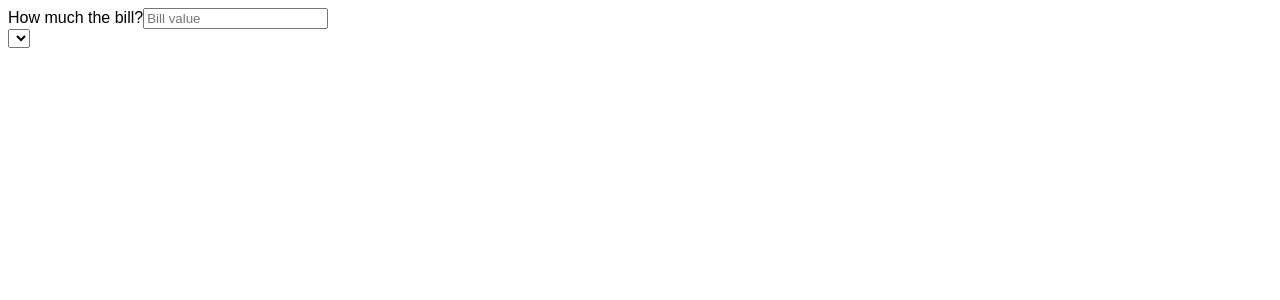
Repository: masamichan/Tip-Calculator
Page: /
The author's editor kept a copy of each file at every save. The page is drawn from the files as they stood at one save, then again after the next save.
The browser window is 1280 px wide. The pictures show the whole page.
The project was rebuilt for these pictures with package versions that can differ from the ones it lists, and the page was loaded fresh each time.

Above is the page before, as saved 2024-01-23 21:45:23.

### src/App.js
import "./App.css";

export default function App() {
  return (
    <div>
      <TipCalculator />
    </div>
  );
}

function TipCalculator() {
  return (
    <div>
      <BillInput />
      <SelectPercentage />
      <Output />
      <Reset />
    </div>
  );
}

function BillInput() {
  return (
    <div>
      <label>How much the bill?</label>
      <input type="text" placeholder="Bill value" />
    </div>
  );
}

function SelectPercentage() {
  return (
    <div>
      <select>
        <option></option>
      </select>
    </div>
  );
}

function Output() {}

function Reset() {}

Loaded but not shown: public/index.html (common file); src/index.js (common file); src/App.css (common file)

After the next save:
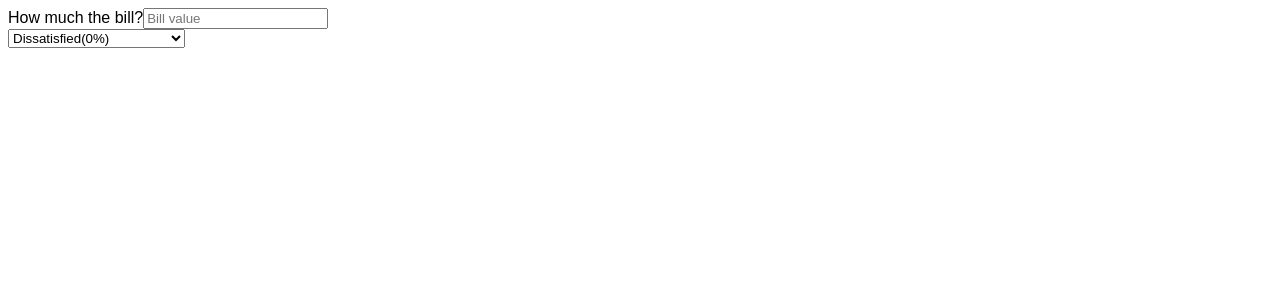
Saved 36 h 10 min later.
--- a/src/App.js
+++ b/src/App.js
@@ -32,7 +32,10 @@ function SelectPercentage() {
   return (
     <div>
       <select>
-        <option></option>
+        <option value="0">Dissatisfied(0%)</option>
+        <option value="5">It was okay(5%)</option>
+        <option value="10">It was good</option>(10%)
+        <option value="20">Absolutely amazing!(20%)</option>
       </select>
     </div>
   );
